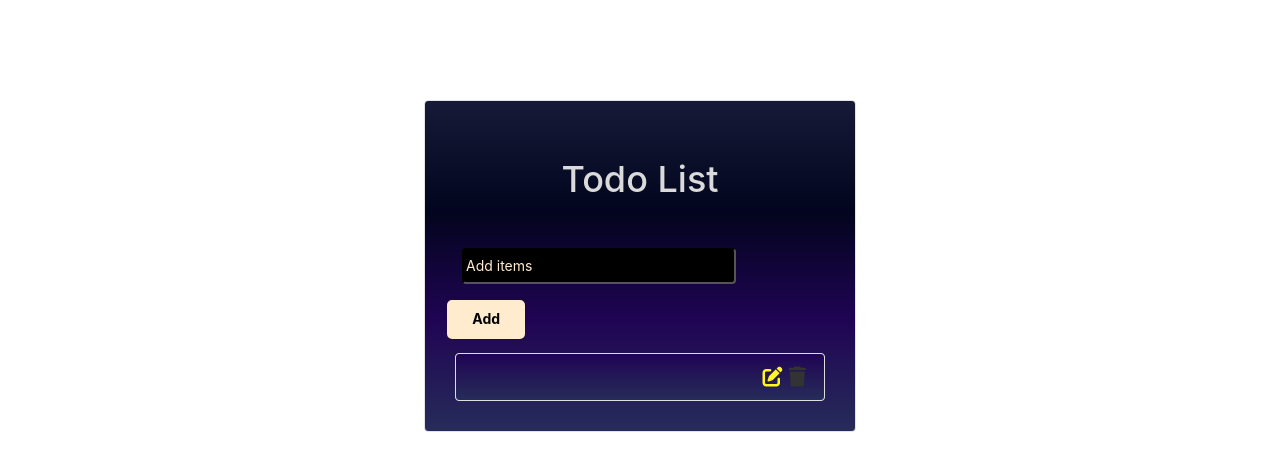
Repository: arpana23/Todo-list
Page: /, after clicking the first element matching `button.btn`
An editor plug-in stored every save of this project. The page is shown before and after the next save, followed by the edit.
The browser window is 1280 px wide. The pictures show the whole page.
Some web libraries are served in a nearby version. The project was rebuilt for these pictures with package versions that can differ from the ones it lists, and the page was loaded fresh each time.

Above is the page before, as saved 2021-04-15 18:17:33.

### public/index.html
<!DOCTYPE html>
<html lang="en">
  <head>
    <meta charset="utf-8" />
    <link rel="icon" href="%PUBLIC_URL%/favicon.ico" />
    <meta name="viewport" content="width=device-width, initial-scale=1" />
    <meta name="theme-color" content="#000000" />
    <meta
      name="description"
      content="Web site created using create-react-app"
    />
    <link rel="apple-touch-icon" href="%PUBLIC_URL%/logo192.png" />
    <!--
      manifest.json provides metadata used when your web app is installed on a
      user's mobile device or desktop. See https://developers.google.com/web/fundamentals/web-app-manifest/
    -->
    <script src="https://kit.fontawesome.com/94ade1d1ca.js" crossorigin="anonymous"></script>
    <link rel="manifest" href="%PUBLIC_URL%/manifest.json" />
    <!-- Latest compiled and minified CSS -->
    <link rel="stylesheet" href="https://maxcdn.bootstrapcdn.com/bootstrap/3.4.1/css/bootstrap.min.css">

    <!-- jQuery library -->
    <script src="https://ajax.googleapis.com/ajax/libs/jquery/3.5.1/jquery.min.js"></script>

    <!-- Latest compiled JavaScript -->
    <script src="https://maxcdn.bootstrapcdn.com/bootstrap/3.4.1/js/bootstrap.min.js"></script>
    <!--
      Notice the use of %PUBLIC_URL% in the tags above.
      It will be replaced with the URL of the `public` folder during the build.
      Only files inside the `public` folder can be referenced from the HTML.

      Unlike "/favicon.ico" or "favicon.ico", "%PUBLIC_URL%/favicon.ico" will
      work correctly both with client-side routing and a non-root public URL.
      Learn how to configure a non-root public URL by running `npm run build`.
    -->
    <title>React App</title>
  </head>
  <body>
    <noscript>You need to enable JavaScript to run this app.</noscript>
    <div id="root"></div>
    <!--
      This HTML file is a template.
      If you open it directly in the browser, you will see an empty page.

      You can add webfonts, meta tags, or analytics to this file.
      The build step will place the bundled scripts into the <body> tag.

      To begin the development, run `npm start` or `yarn start`.
      To create a production bundle, use `npm run build` or `yarn build`.
    -->
  </body>
</html>

### src/App.js
import React, { useState } from 'react';
import Todolist from './Todolist';
import './App.css';

const App = () => {


  const [inputItem , setInputItem] = useState("");
  const [itemList , setItemList] = useState([]);

  const handleChange = (e) => {
    setInputItem(e.target.value);
  }

  const addItems = (e) => {
    e.preventDefault();
    setItemList((olditems) => {
      return [...olditems, inputItem];
    });
    setInputItem("");
  }

  const updateItem = (id) => {
    let item =  itemList.map((olditems,index,data) => {
      if(index === id) {
        setInputItem(data.splice(index,1));
        olditems = !olditems;
      }
      return [olditems];
      }
    )
    return item;
  }

  const deleteItem = (id) => {
    setItemList((olditems) => {
      return olditems.filter((arrElement,index) => {
        return index !== id;
        // if(index !== id) {
        //   return [...arrElement];
        // }
      })
    })
  }


 return (
  <>
    <div className="main-container">
      <div className="flex-container">
        <div className="well">
          <br />
            <h1 className="title text-center">Todo List</h1>
          <br />
          <div>
            <input type="text" className="addInput" max="10" min="1" placeholder="Add items" value={inputItem} onChange={handleChange}/>
            <button type="submit" className="btn" onClick={addItems}> Add </button>
            <ul className="list-group">
              {
                itemList.map((data,index) => {
                  return <Todolist
                  key= {index}
                  id= {index}
                  list= {data}
                  onEdit= {updateItem}
                  onSelect= {deleteItem}
                  />
                })
              }
            </ul>
          </div>
        </div>
      </div>
    </div>

  </>
 )
}

export default App;

### src/Todolist.js
import React from 'react';



const Todolist = (props) => {


    return (
        <>
            <div className="mylist">
                <li className="list-group-item">
                <i className="my-text">
                    {props.list}
                </i>
                    <span className="ed-del">
                        <i className="fas fa-edit"  onClick={() => {props.onEdit(props.id)}}></i>
                        <i className="fas fa-trash" onClick={() => {props.onSelect(props.id)}}></i>
                    </span>
                </li>
            </div>
        </>
    )
}

export default Todolist;

### src/App.css
.App {
  text-align: center;
}

.main-container {
  display: flex;
  flex-direction: column;
  justify-content: center;
}

.flex-container {
  display: flex;
  flex-direction: column;
  align-items: center;
  margin: 100px;
}

.well {
  background-image: linear-gradient(rgb(22, 26, 56),rgb(2, 5, 29),rgb(32, 4, 84),rgb(38, 44, 89));
  width: 40%;
}

.addInput {
  margin: 18px;
  width: 70%;
  height: 5vh;
  border-radius: 4px;
  background-color: black;
  outline: black;
  border-color: black;
  color:blanchedalmond;

}

.addInput::placeholder {
  color:blanchedalmond;
  margin-left: 2px;
}

.btn {
  margin: 3px;
  width: 20%;
  height: 5.5vh;
  border-radius: 5px;
  margin-top: -2px;
  font-weight: bold;
  background-color: blanchedalmond;
  color: black;
  outline: transparent;
  border: 2px solid blanchedalmond;
}

.btn:hover {
  background-color: blueviolet;
  color: black;
  font-weight: bold;
  outline: transparent;
  border-color: transparent;
}

.btn::-webkit-validation-bubble-arrow-clipper {
  background-color: blueviolet;
  color: black;
  outline: transparent;
  border-color: transparent;
}

.list-group {
  margin: 11px;
}

.mylist {
  /* border: 1px solid black; */
  margin-top: 10px;
  margin-bottom: 10px;
  text-align: justify;
  /* border-radius: 7px; */
}

.list-group-item {
  word-wrap: break-word;
  background-image: linear-gradient(rgb(32, 4, 84),rgb(38, 44, 89));
}

.my-text {
  margin-right: 3px;
  word-wrap: break-word;
  color: blanchedalmond;
}

.ed-del {
  display: flex;
  flex-direction: row;
  margin-top: -20px;
  justify-content: flex-end;
  align-items: center;
  /* position: relative;
  right: 0px; */
}

.fas {
  font-size: 20px;
  margin: 3px;
  display: flex;
  flex-direction: row;
  /* margin: 7px; */
  align-items: center;
}

.title {
  color: #dadada ;
}

.fa-trash {
  color: rgb(22, 48, 247));
}

.fa-edit {
  color:rgb(255, 247, 30);
}

Loaded but not shown: src/index.js (common file); src/index.css (common file); src/reportWebVitals.js (common file)

After the next save:
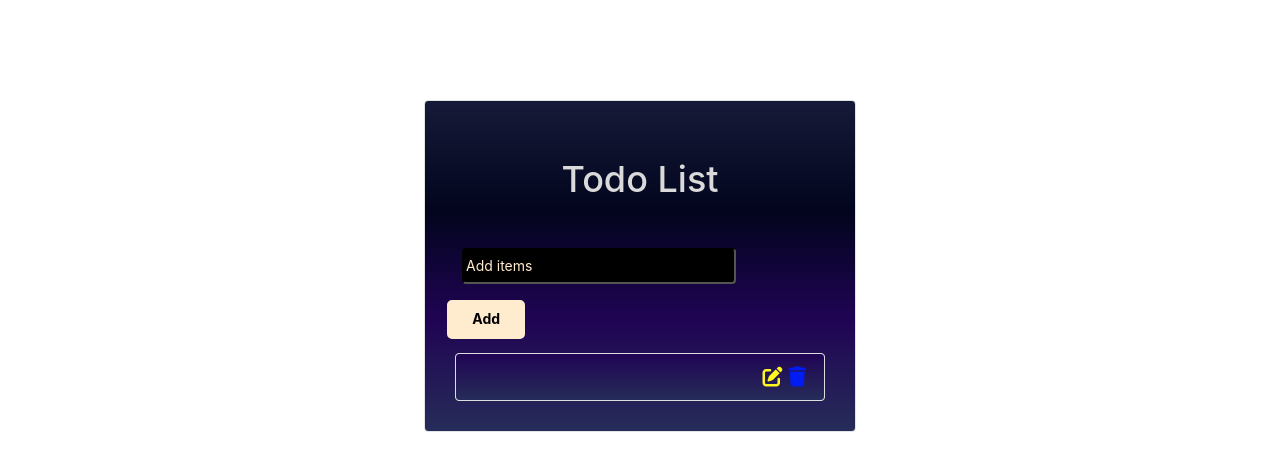
Saved 42 s later.
--- a/src/App.css
+++ b/src/App.css
@@ -112,7 +112,7 @@
 }
 
 .fa-trash {
-  color: rgb(22, 48, 247));
+  color: rgb(0, 28, 242);
 }
 
 .fa-edit {
